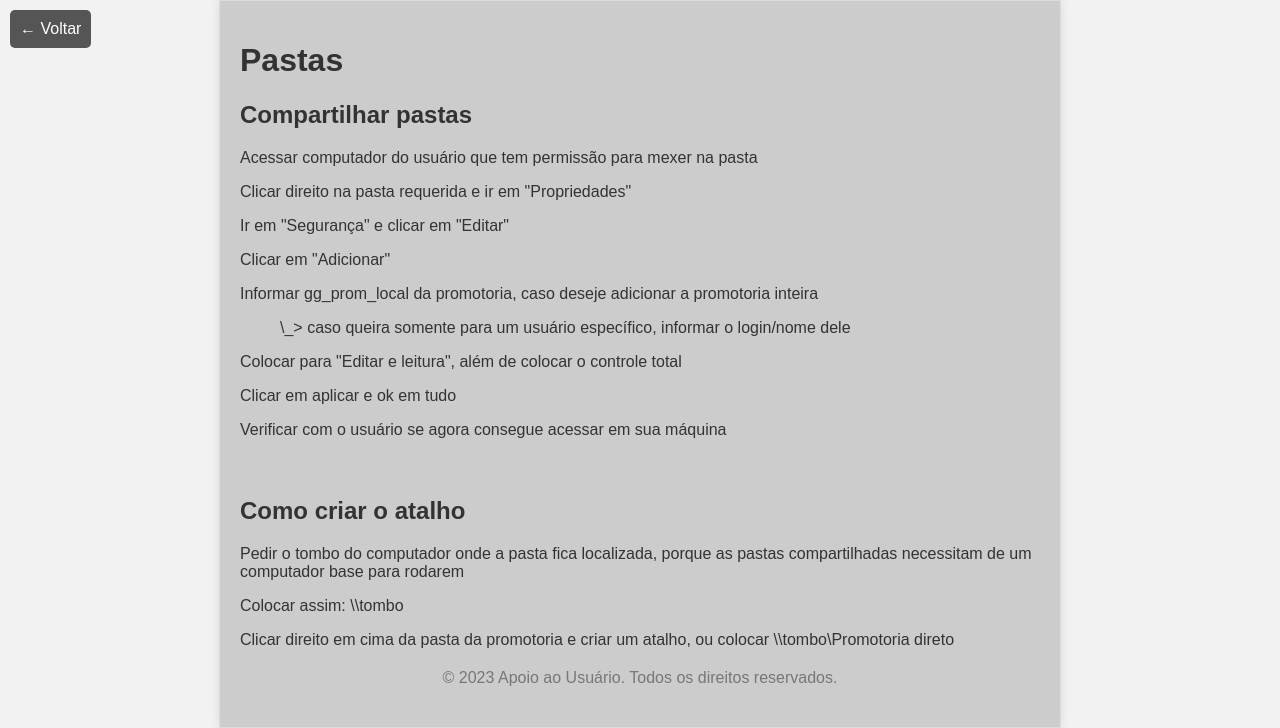
Repository: I4guito/dicasdez
Page: Dicas site/Dicas/pasta.html
These files come from the project's save history. The page is drawn as it stood at one moment and after the next save; the edit follows.
The browser window is 1280 px wide. The pictures show the whole page.

Above is the page before, as saved 2023-11-29 10:45:44.

### Dicas site/Dicas/pasta.html
<!DOCTYPE html>
<html lang="pt-br">
<head>
    <meta charset="UTF-8">
    <meta name="viewport" content="width=device-width, initial-scale=1.0">
    <link rel="stylesheet" href="padrao.css">
    <script src="/Dicas site/script.js"></script>
    <title>Pastas</title>
</head>
<body>
    <div class="container">
        <header>
        <a href="javascript:history.back()" class="voltar-btn">&#8592; Voltar</a>
            <h1>Pastas</h1>
        </header>
        <section>
            <h2>Compartilhar pastas</h2>
            <p>Acessar computador do usuário que tem permissão para mexer na pasta</p>
            <p>Clicar direito na pasta requerida e ir em "Propriedades"</p>
            <p>Ir em "Segurança" e clicar em "Editar"</p>
            <p>Clicar em "Adicionar"</p>
            <p>Informar gg_prom_local da promotoria, caso deseje adicionar a promotoria inteira
                <blockquote>\_> caso queira somente para um usuário específico, informar o login/nome dele</blockquote>
            </p>
            <p>Colocar para "Editar e leitura", além de colocar o controle total</p>
            <p>Clicar em aplicar e ok em tudo</p>
            <p>Verificar com o usuário se agora consegue acessar em sua máquina</p>



        </section><br>
        <section>
            <h2>Como criar o atalho</h2>
            <p>Pedir o tombo do computador onde a pasta fica localizada, porque as pastas compartilhadas necessitam de um computador base para rodarem</p>
            <p>Colocar assim: \\tombo</p>
            <p>Clicar direito em cima da pasta da promotoria e criar um atalho, ou colocar \\tombo\Promotoria direto</p>
            <p></p>
        </section>


        <footer>
            <p>&copy; 2023 Apoio ao Usuário. Todos os direitos reservados.</p>
        </footer>
    </div>
</body>
</html>

### Dicas site/Dicas/padrao.css
body {
    font-family: 'Arial', sans-serif;
    margin: 0;
    padding: 0;
    background-color: #f2f2f2;
    color:#fff
}

.container {
    max-width: 800px;
    margin: 0 auto;
    background-color: #ccc;
    padding: 20px;
    box-shadow: 0 0 10px rgba(0, 0, 0, 0.1);
    border: 1px solid #ddd;
    color: #333;
}

header, section, footer {
    margin-bottom: 20px;
}

header h1, section h2 {
    color: #333;
}

ul {
    list-style: none;
    padding: 0;
}

li {
    margin-bottom: 10px;
}

footer {
    text-align: center;
    color: #777;
}

.voltar-btn {
    position: absolute;
    left: 10px;
    top: 10px;
    text-decoration: none;
    color: #fff;
    font-size: 16px;
    padding: 10px;
    background-color: #555;
    border: none;
    border-radius: 5px;
    cursor: pointer;
    transition: background-color 0.3s;
}

.voltar-btn:hover {
    background-color: #777;
}

img {

    margin-inline: 5cm;
    max-width: 100%;
    border-radius: 3%;
}

.link-instrucoes {
    font-family:cursive;
    width: 50px;
    left: 10px;
    text-decoration: none;
    color: #fff;
    font-size: 25px;
    padding: 3px;
    background-color: #555;
    border: none;
    border-radius: 10px;
    cursor: pointer;
    transition:  background-color 0.3s;
}

.link-instrucoes:hover {
    background-color:#777
}

### Dicas site/script.js
function filterItems() {
    var searchBar = document.getElementById('searchBar');
    var filter = searchBar.value.toUpperCase();

    var columns = document.getElementsByClassName('column');
    for (var i = 0; i < columns.length; i++) {
        var boxes = columns[i].getElementsByClassName('box');
        for (var j = 0; j < boxes.length; j++) {
            var item = boxes[j];
            var textValue = item.textContent || item.innerText;
            if (textValue.toUpperCase().indexOf(filter) > -1) {
                item.style.display = "";
            } else {
                item.style.display = "none";
            }
        }
    }
}

function openPage(pageName) {
    // Assuming all pages are in the same directory, you can modify the path as needed
    window.location.href = pageName + '.html';
}


    const isOpera = navigator.userAgent.indexOf("OPR") > -1;


    if (isOpera) {
      document.addEventListener("DOMContentLoaded", function () {
        document.querySelector(".container").style.backgroundColor = "#005c4b"; /* Azul claro para o Opera */
        document.querySelector(".container").style.color = "#333";
      });
    }

After the next save:
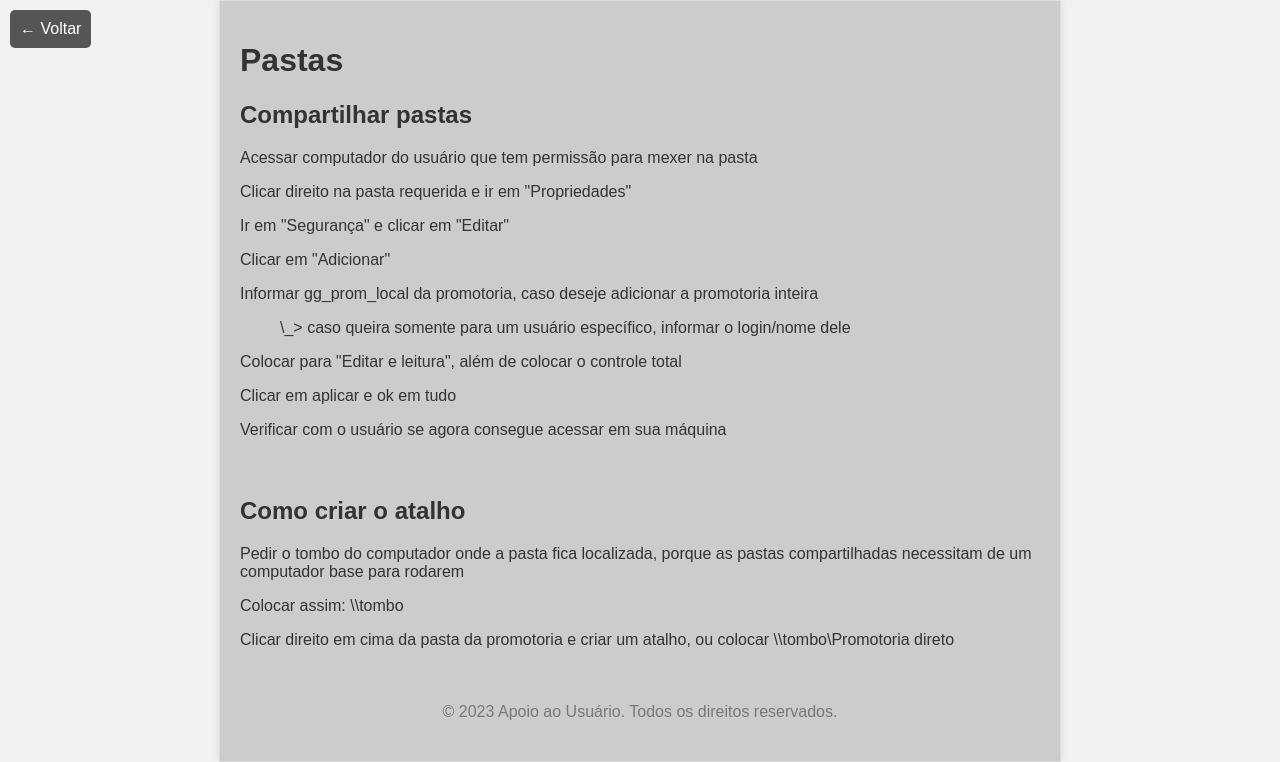
Saved 9 s later.
--- a/Dicas site/Dicas/pasta.html
+++ b/Dicas site/Dicas/pasta.html
@@ -33,7 +33,7 @@
             <h2>Como criar o atalho</h2>
             <p>Pedir o tombo do computador onde a pasta fica localizada, porque as pastas compartilhadas necessitam de um computador base para rodarem</p>
             <p>Colocar assim: \\tombo</p>
-            <p>Clicar direito em cima da pasta da promotoria e criar um atalho, ou colocar \\tombo\Promotoria direto</p>
+            <p>Clicar direito em cima da pasta da promotoria e criar um atalho, ou colocar \\tombo\Promotoria direto</p><br>
             <p></p>
         </section>
 
